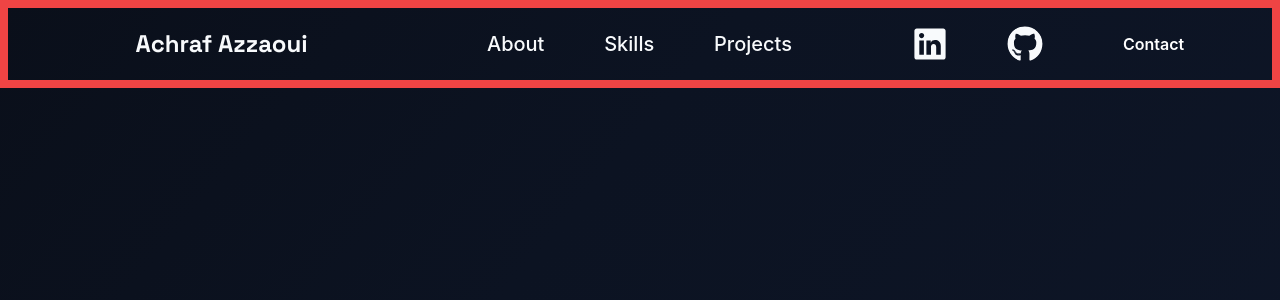
Repository: AchrafAzzaoui/Portfolio-Website
Page: / (app in achrafs-portfolio/)
The author's editor kept a copy of each file at every save. The page is drawn from the files as they stood at one save, then again after the next save.
The browser window is 1280 px wide. The pictures show the whole page.
Some web fonts or font styles are not loaded; a fallback is used. The project was rebuilt for these pictures with package versions that can differ from the ones it lists, and the page was loaded fresh each time. Also part of the build but not shown: achrafs-portfolio/vite.config.ts.

Above is the page before, as saved 2025-01-02 22:42:46.

### achrafs-portfolio/index.html
<!DOCTYPE html>
<html lang="en">
  <head>
    <meta charset="UTF-8" />
    <link rel="icon" type="image/svg+xml" href="/vite.svg" />
    <meta name="viewport" content="width=device-width, initial-scale=1.0" />
    <!-- Inter for body text -->
    <link rel="preconnect" href="https://rsms.me/" />
    <link rel="stylesheet" href="https://rsms.me/inter/inter.css" />

    <!-- Space Grotesk for headlines -->
    <link rel="preconnect" href="https://fonts.googleapis.com" />
    <link rel="preconnect" href="https://fonts.gstatic.com" crossorigin />
    <link
      href="https://fonts.googleapis.com/css2?family=Space+Grotesk:wght@500;600;700&display=swap"
      rel="stylesheet"
    />
    <title>Achraf's Portfolio Website</title>
  </head>
  <body>
    <div id="root"></div>
    <script type="module" src="/src/main.tsx"></script>
  </body>
</html>

### achrafs-portfolio/src/index.css
@tailwind base;
@tailwind components;
@tailwind utilities;
@tailwind base;
@tailwind components;
@tailwind utilities;

@layer base {
  * {
    margin: 0;
    padding: 0;
    box-sizing: border-box;
  }

  html {
    scroll-behavior: smooth;
  }

  body {
    @apply font-sans antialiased;
  }

  ul,
  ol {
    list-style: none;
  }

  a {
    text-decoration: none;
    color: inherit;
  }

  img {
    max-width: 100%;
    height: auto;
  }

  button {
    background: none;
    border: none;
    cursor: pointer;
  }
}

### achrafs-portfolio/src/App.tsx
import "./index.css";
import Header from "./components/layout/Header.tsx";
export default function App() {
  return (
    <div className="min-h-screen bg-gradient-dark">
      <Header />
    </div>
  );
}

### achrafs-portfolio/src/components/layout/Header.tsx
import { useState } from "react";
import { RxLinkedinLogo } from "react-icons/rx";
import { FaGithub } from "react-icons/fa";

export default function Header() {
  const [isMenuOpen, setIsMenuOpen] = useState(false);

  return (
    <header className="px-2 py-4 border-8 border-red-500">
      <nav className="flex ">
        <div className="basis-3/16 flex-auto flex justify-center items-center font-display font-bold text-dark-text-primary">
          <a href="#home" target="_blank">
            <h2 className="text-2xl">Achraf Azzaoui</h2>
          </a>
        </div>
        <div className="basis-7/16 flex-auto flex justify-evenly items-center">
          <a
            href="#about"
            target="_blank"
            className="font-sans font-medium text-dark-text-primary text-xl"
          >
            About
          </a>
          <a
            href="#skills"
            target="_blank"
            className="font-sans font-medium text-dark-text-primary text-xl"
          >
            Skills
          </a>
          <a
            href="#projects"
            target="_blank"
            className="font-sans font-medium text-dark-text-primary text-xl"
          >
            Projects
          </a>
        </div>
        <div className="basis-6/16 flex-auto flex justify-evenly items-center">
          <a href="https://www.linkedin.com/in/achraf-azzaoui-data-scientist">
            <RxLinkedinLogo className="text-4xl rounded-sm text-dark-text-primary" />
          </a>
          <a href="https://github.com/AchrafAzzaoui">
            <FaGithub className="text-4xl rounded-full text-dark-text-primary" />
          </a>
          <button className="relative inline-block px-5 py-2 font-semibold rounded-md border-2 border-purple-600 bg-gradient-to-r from purple-600 to-purple-800 text-white transition-all duration-300 hover:from-purple-500 hover:to-indigo-600 hover:border-indigo-600">
            Contact
          </button>
        </div>
      </nav>
    </header>
  );
}

### achrafs-portfolio/tailwind.config.js
/** @type {import('tailwindcss').Config} */
const defaultTheme = require("tailwindcss/defaultTheme");

export default {
  content: ["./index.html", "./src/**/*.{js,ts,jsx,tsx}"],
  theme: {
    extend: {
      backgroundImage: {
        "gradient-dark":
          "linear-gradient(130deg, #0A0F1A 0%, #0C1322 40%, #0E1628 100%)",
        "gradient-light":
          "linear-gradient(130deg, #F8FAFC 0%, #EEF2F6 40%, #E2E8F0 100%)", // Light theme gradient
      },
      colors: {
        // Dark theme
        dark: {
          text: {
            primary: "#F8FAFC", // Almost white
            secondary: "#94A3B8", // Lighter gray
            muted: "#64748B", // Muted gray
          },
        },
        // Light theme
        light: {
          text: {
            primary: "#0F172A", // Very dark blue/gray
            secondary: "#334155", // Dark gray
            muted: "#64748B", // Same as dark for balance
          },
        },
      },
      fontFamily: {
        sans: ["Inter", ...defaultTheme.fontFamily.sans],
        display: ["Space Grotesk", ...defaultTheme.fontFamily.sans],
      },
    },
  },
  plugins: [],
};

Loaded but not shown: achrafs-portfolio/src/main.tsx (common file)

After the next save:
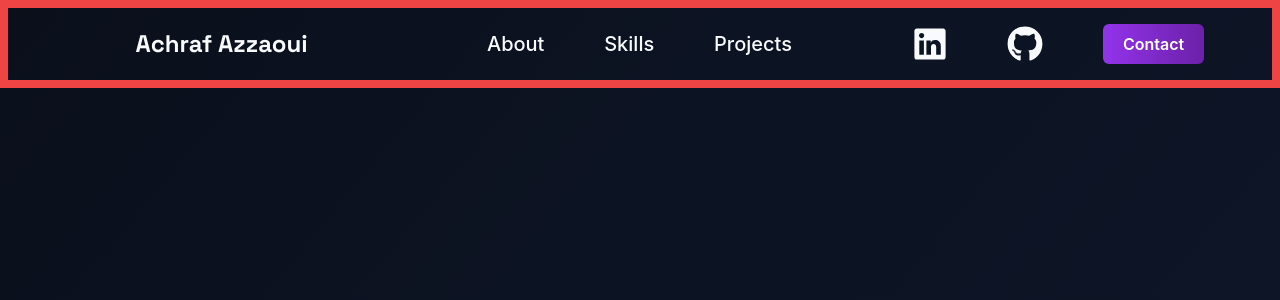
Saved 53 s later.
--- a/achrafs-portfolio/src/components/layout/Header.tsx
+++ b/achrafs-portfolio/src/components/layout/Header.tsx
@@ -43,7 +43,7 @@
           <a href="https://github.com/AchrafAzzaoui">
             <FaGithub className="text-4xl rounded-full text-dark-text-primary" />
           </a>
-          <button className="relative inline-block px-5 py-2 font-semibold rounded-md border-2 border-purple-600 bg-gradient-to-r from purple-600 to-purple-800 text-white transition-all duration-300 hover:from-purple-500 hover:to-indigo-600 hover:border-indigo-600">
+          <button className="relative inline-block px-5 py-2 font-semibold rounded-md border-2 border-purple-600 bg-gradient-to-r from-purple-600 to-purple-800 text-white transition-all duration-300 hover:from-purple-500 hover:to-indigo-600 hover:border-indigo-600">
             Contact
           </button>
         </div>

After the save that followed:
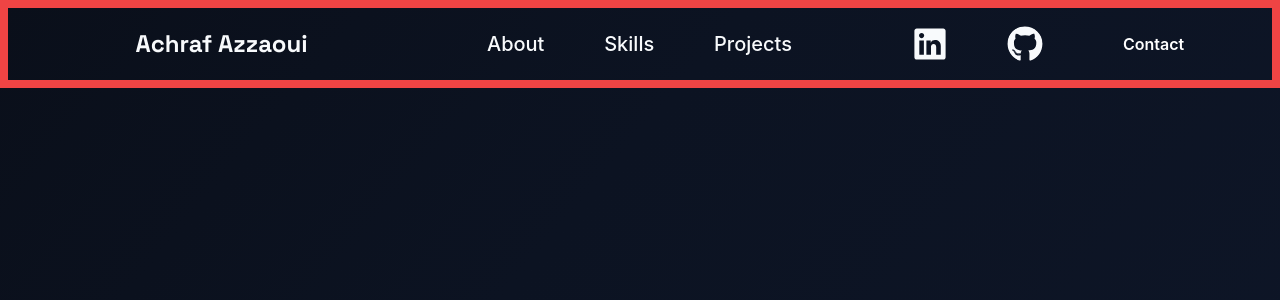
Saved 65 s later.
--- a/achrafs-portfolio/src/components/layout/Header.tsx
+++ b/achrafs-portfolio/src/components/layout/Header.tsx
@@ -43,7 +43,32 @@
           <a href="https://github.com/AchrafAzzaoui">
             <FaGithub className="text-4xl rounded-full text-dark-text-primary" />
           </a>
-          <button className="relative inline-block px-5 py-2 font-semibold rounded-md border-2 border-purple-600 bg-gradient-to-r from-purple-600 to-purple-800 text-white transition-all duration-300 hover:from-purple-500 hover:to-indigo-600 hover:border-indigo-600">
+          <button
+            className="
+    relative
+    px-5
+    py-2
+    font-semibold
+    rounded-md
+    border-2
+    border-white
+    text-white
+    overflow-hidden
+    transition-all
+    duration-300
+    before:absolute
+    before:inset-0
+    before:-z-10
+    before:translate-x-[-100%]
+    before:bg-gradient-to-r
+    before:from-purple-600
+    before:to-purple-800
+    before:transition-transform
+    before:duration-300
+    hover:before:translate-x-0
+    hover:border-purple-600
+  "
+          >
             Contact
           </button>
         </div>
